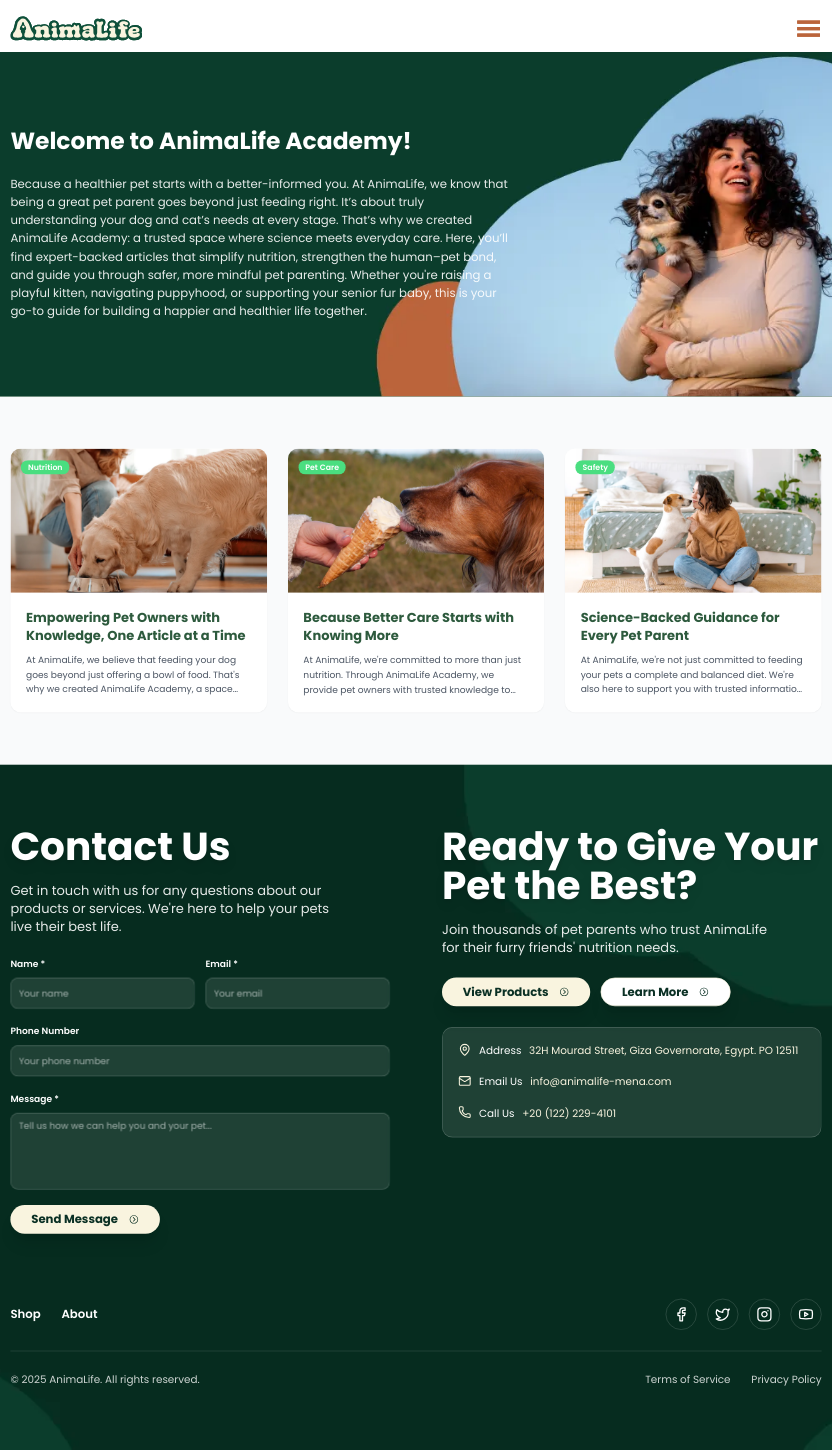
Repository: the-jupiteragency/animalife
Page: /academy
The author's editor kept a copy of each file at every save. The page is drawn from the files as they stood at one save, then again after the next save.
The browser window is 1280 px wide. The pictures show the whole page, at 65% of full size.
The project was rebuilt for these pictures with package versions that can differ from the ones it lists, and the page was loaded fresh each time. The framework's server and built-in components were replaced by stand-ins that run in the browser. Also part of the build but not shown: next.config.mjs.

Above is the page before, as saved 2025-08-10 17:12:05.

### app/layout.tsx
import type { Metadata, Viewport } from "next";
import "./globals.css";
import { Header } from "@/components/header";
import { Footer } from "@/components/footer";
import Script from "next/script";

export const metadata: Metadata = {
  metadataBase: new URL('https://animalife.vercel.app'),
  title: {
    default: "AnimaLife | Science-Driven Pet Nutrition & Wellness",
    template: "%s | AnimaLife"
  },
  description:
    "AnimaLife offers science-driven, complete, and balanced nutrition for pets. Discover products tailored to your pet's unique needs, expert advice, and a passionate community of animal lovers.",
  keywords: [
    "AnimaLife",
    "pet nutrition",
    "dog food",
    "cat food",
    "science-based pet care",
    "pet wellness",
    "healthy pets",
    "animal health",
    "pet products",
    "pet academy",
    "pet community",
    "premium pet food",
    "natural pet nutrition",
    "pet health supplements"
  ],
  authors: [{ name: "AnimaLife Team", url: "https://animalife.vercel.app" }],
  creator: "AnimaLife",
  publisher: "AnimaLife",
  formatDetection: {
    email: false,
    address: false,
    telephone: false,
  },
  category: 'Pet Care',
  classification: 'Pet Nutrition and Wellness',
  openGraph: {
    title: "AnimaLife | Science-Driven Pet Nutrition & Wellness",
    description:
      "AnimaLife offers science-driven, complete, and balanced nutrition for pets. Discover products tailored to your pet's unique needs, expert advice, and a passionate community of animal lovers.",
    url: "https://animalife.vercel.app",
    siteName: "AnimaLife",
    images: [
      {
        url: "/hero1.webp",
        width: 1200,
        height: 630,
        alt: "AnimaLife - Science-Driven Pet Nutrition",
      },
    ],
    locale: "en_US",
    type: "website",
  },
  twitter: {
    card: 'summary_large_image',
    title: 'AnimaLife | Science-Driven Pet Nutrition & Wellness',
    description: 'AnimaLife offers science-driven, complete, and balanced nutrition for pets. Discover products tailored to your pet\'s unique needs.',
    images: ['/hero1.webp'],
    creator: '@animalife',
    site: '@animalife'
  },
  robots: {
    index: true,
    follow: true,
    googleBot: {
      index: true,
      follow: true,
      'max-video-preview': -1,
      'max-image-preview': 'large',
      'max-snippet': -1,
    },
  },
  icons: {
    icon: [
      { url: '/favicon.ico' },
      { url: '/favicon.png', type: 'image/png' },
    ],
    shortcut: '/favicon.ico',
    apple: [
      { url: '/apple-touch-icon.png' },
      { url: '/apple-touch-icon-72x72.png', sizes: '72x72', type: 'image/png' },
      { url: '/apple-touch-icon-114x114.png', sizes: '114x114', type: 'image/png' },
    ],
  },
  manifest: '/site.webmanifest',
  alternates: {
    canonical: 'https://animalife.vercel.app',
  },
  verification: {
    google: 'your-google-verification-code',
    yandex: 'your-yandex-verification-code',
    yahoo: 'your-yahoo-verification-code',
  },
};

export const viewport: Viewport = {
  themeColor: "#1B4838",
};

const jsonLd = {
  '@context': 'https://schema.org',
  '@type': 'Organization',
  name: 'AnimaLife',
  url: 'https://animalife.vercel.app',
  logo: 'https://animalife.vercel.app/logo.svg',
  description: 'AnimaLife offers science-driven, complete, and balanced nutrition for pets.',
  contactPoint: {
    '@type': 'ContactPoint',
    contactType: 'Customer Service',
    availableLanguage: 'English'
  },
  sameAs: [
    'https://facebook.com/animalife',
    'https://twitter.com/animalife',
    'https://instagram.com/animalife'
  ],
  address: {
    '@type': 'PostalAddress',
    addressCountry: 'EG'
  }
};

export default function RootLayout({
  children,
}: Readonly<{
  children: React.ReactNode;
}>) {
  return (
    <html lang="en">
      <head>
        <link rel="preconnect" href="https://fonts.googleapis.com" />
        <link rel="preconnect" href="https://fonts.gstatic.com" crossOrigin="anonymous" />
        <link rel="dns-prefetch" href="https://fonts.googleapis.com" />
        <meta name="theme-color" content="#1B4838" />
        <meta name="msapplication-TileColor" content="#1B4838" />
        <meta name="apple-mobile-web-app-capable" content="yes" />
        <meta name="apple-mobile-web-app-status-bar-style" content="default" />
        <meta name="format-detection" content="telephone=no" />
        <Script
          id="json-ld"
          type="application/ld+json"
          dangerouslySetInnerHTML={{ __html: JSON.stringify(jsonLd) }}
        />
      </head>
      <body>
        <Header />
        {children}
        <Footer />
      </body>
    </html>
  );
}

### app/academy/page.tsx
"use client";

import { Card, CardContent } from "@/components/ui/card";
import { Badge } from "@/components/ui/badge";
import Image from "next/image";
import Link from "next/link";
import { Header } from "@/components/header";
import { AcademyPosts } from "@/app/data/academy-posts";

// Remove the hardcoded blogPosts array and use:
const blogPosts = AcademyPosts;

export default function AcademyPage() {
  return (
    <div className="min-h-screen bg-white">
      {/* Header */}
      <Header />
      {/* Add top padding to account for fixed header */}
      <div className="pt-20">
        {/* Hero Banner Section */}
        <section className="relative h-[530px] bg-[#2d5a3d] overflow-hidden">
          <div className="absolute inset-0">
            <Image
              src="/academy-banner.webp"
              alt="Academy Banner"
              fill
              className="object-cover w-full h-full"
              priority
            />
          </div>
          <div className="relative z-10 container mx-auto px-4 h-full flex items-center">
            <div className="max-w-3xl">
              <h1 className="text-4xl md:text-5xl lg:text-4xl font-bold text-white mb-8 leading-tight">
                Welcome to AnimaLife Academy!
              </h1>
              <p className="text-lg md:text-lg text-white/90 leading-relaxed">
                Because a healthier pet starts with a better-informed you. At
                AnimaLife, we know that being a great pet parent goes beyond
                just feeding right. It’s about truly understanding your dog and
                cat’s needs at every stage. That’s why we created AnimaLife
                Academy: a trusted space where science meets everyday care.
                Here, you’ll find expert-backed articles that simplify
                nutrition, strengthen the human–pet bond, and guide you through
                safer, more mindful pet parenting. Whether you're raising a
                playful kitten, navigating puppyhood, or supporting your senior
                fur baby, this is your go-to guide for building a happier and
                healthier life together.
              </p>
            </div>
          </div>
        </section>

        {/* Blog Posts Grid */}
        <section className="py-12 md:py-20 bg-gray-50">
          <div className="container mx-auto px-4">
            <div className="grid grid-cols-1 md:grid-cols-2 lg:grid-cols-3 gap-6 md:gap-8">
              {blogPosts.map((post) => (
                <Link key={post.id} href={`/academy/${post.id}`}>
                  <Card className="cursor-pointer transform transition-all duration-300 hover:scale-105 hover:shadow-xl bg-white border-0 rounded-2xl overflow-hidden group">
                    <CardContent className="p-0">
                      <div className="aspect-video relative overflow-hidden">
                        <Image
                          src={post.image || "/placeholder.svg"}
                          alt={post.title}
                          fill
                          className="object-cover w-full h-full group-hover:scale-105 transition-all duration-500"
                          sizes="(max-width: 768px) 100vw, (max-width: 1200px) 50vw, 33vw"
                        />
                        <div className="absolute top-4 left-4">
                          <Badge className="bg-[#4ade80] text-white hover:bg-[#22c55e] group-hover:scale-110 transition-transform duration-300">
                            {post.category}
                          </Badge>
                        </div>
                      </div>

                      <div className="p-4 md:p-6">
                        <h3 className="text-lg md:text-xl font-bold text-[#2d5a3d] mb-3 line-clamp-2 group-hover:text-[#1e3a2a] transition-colors duration-300">
                          {post.title}
                        </h3>
                        <p className="text-gray-600 text-sm leading-relaxed line-clamp-3 group-hover:text-gray-700 transition-colors duration-300">
                          {post.excerpt}
                        </p>
                      </div>
                    </CardContent>
                  </Card>
                </Link>
              ))}
            </div>
          </div>
        </section>
      </div>{" "}
      {/* Close pt-20 div */}
    </div>
  );
}

### components/ui/card.tsx
import * as React from "react"

import { cn } from "@/lib/utils"

const Card = React.forwardRef<
  HTMLDivElement,
  React.HTMLAttributes<HTMLDivElement>
>(({ className, ...props }, ref) => (
  <div
    ref={ref}
    className={cn(
      "rounded-lg border bg-card text-card-foreground shadow-sm",
      className
    )}
    {...props}
  />
))
Card.displayName = "Card"

const CardHeader = React.forwardRef<
  HTMLDivElement,
  React.HTMLAttributes<HTMLDivElement>
>(({ className, ...props }, ref) => (
  <div
    ref={ref}
    className={cn("flex flex-col space-y-1.5 p-6", className)}
    {...props}
  />
))
CardHeader.displayName = "CardHeader"

const CardTitle = React.forwardRef<
  HTMLDivElement,
  React.HTMLAttributes<HTMLDivElement>
>(({ className, ...props }, ref) => (
  <div
    ref={ref}
    className={cn(
      "text-2xl font-semibold leading-none tracking-tight",
      className
    )}
    {...props}
  />
))
CardTitle.displayName = "CardTitle"

const CardDescription = React.forwardRef<
  HTMLDivElement,
  React.HTMLAttributes<HTMLDivElement>
>(({ className, ...props }, ref) => (
  <div
    ref={ref}
    className={cn("text-sm text-muted-foreground", className)}
    {...props}
  />
))
CardDescription.displayName = "CardDescription"

const CardContent = React.forwardRef<
  HTMLDivElement,
  React.HTMLAttributes<HTMLDivElement>
>(({ className, ...props }, ref) => (
  <div ref={ref} className={cn("p-6 pt-0", className)} {...props} />
))
CardContent.displayName = "CardContent"

const CardFooter = React.forwardRef<
  HTMLDivElement,
  React.HTMLAttributes<HTMLDivElement>
>(({ className, ...props }, ref) => (
  <div
    ref={ref}
    className={cn("flex items-center p-6 pt-0", className)}
    {...props}
  />
))
CardFooter.displayName = "CardFooter"

export { Card, CardHeader, CardFooter, CardTitle, CardDescription, CardContent }

### components/ui/badge.tsx
import * as React from "react"
import { cva, type VariantProps } from "class-variance-authority"

import { cn } from "@/lib/utils"

const badgeVariants = cva(
  "inline-flex items-center rounded-full border px-2.5 py-0.5 text-xs font-semibold transition-colors focus:outline-none focus:ring-2 focus:ring-ring focus:ring-offset-2",
  {
    variants: {
      variant: {
        default:
          "border-transparent bg-primary text-primary-foreground hover:bg-primary/80",
        secondary:
          "border-transparent bg-secondary text-secondary-foreground hover:bg-secondary/80",
        destructive:
          "border-transparent bg-destructive text-destructive-foreground hover:bg-destructive/80",
        outline: "text-foreground",
      },
    },
    defaultVariants: {
      variant: "default",
    },
  }
)

export interface BadgeProps
  extends React.HTMLAttributes<HTMLDivElement>,
    VariantProps<typeof badgeVariants> {}

function Badge({ className, variant, ...props }: BadgeProps) {
  return (
    <div className={cn(badgeVariants({ variant }), className)} {...props} />
  )
}

export { Badge, badgeVariants }

### components/ui/button.tsx
import * as React from "react";
import { Slot } from "@radix-ui/react-slot";
import { cva, type VariantProps } from "class-variance-authority";

import { cn } from "@/lib/utils";

const buttonVariants = cva(
  "inline-flex items-center justify-center gap-2 whitespace-nowrap rounded-md text-sm font-medium ring-offset-background transition-colors focus-visible:outline-none focus-visible:ring-2 focus-visible:ring-ring focus-visible:ring-offset-2 disabled:pointer-events-none disabled:opacity-50 [&_svg]:pointer-events-none [&_svg]:size-4 [&_svg]:shrink-0",
  {
    variants: {
      variant: {
        default: "bg-primary text-primary-foreground hover:bg-primary/90",
        destructive:
          "bg-destructive text-destructive-foreground hover:bg-destructive/90",
        outline:
          "border border-input bg-background hover:bg-accent hover:text-accent-foreground",
        secondary:
          "bg-secondary text-secondary-foreground hover:bg-secondary/80",
        ghost: "hover:bg-accent hover:text-accent-foreground",
        link: "text-primary underline-offset-4 hover:underline",
        icon: "bg-transparent",
        hover:
          "bg-[#F9F4DF] text-[#0A3024] hover:bg-[#A7552E] hover:text-white",
      },
      size: {
        default: "h-10 px-4 py-2",
        sm: "h-9 rounded-md px-3",
        lg: "h-11 rounded-md px-8",
        icon: "h-10 w-10",
      },
    },
    defaultVariants: {
      variant: "default",
      size: "default",
    },
  }
);

export interface ButtonProps
  extends React.ButtonHTMLAttributes<HTMLButtonElement>,
    VariantProps<typeof buttonVariants> {
  asChild?: boolean;
}

const Button = React.forwardRef<HTMLButtonElement, ButtonProps>(
  ({ className, variant, size, asChild = false, ...props }, ref) => {
    const Comp = asChild ? Slot : "button";
    return (
      <Comp
        className={cn(buttonVariants({ variant, size, className }))}
        ref={ref}
        {...props}
      />
    );
  }
);
Button.displayName = "Button";

export { Button, buttonVariants };

### components/ui/input.tsx
import * as React from "react"

import { cn } from "@/lib/utils"

const Input = React.forwardRef<HTMLInputElement, React.ComponentProps<"input">>(
  ({ className, type, ...props }, ref) => {
    return (
      <input
        type={type}
        className={cn(
          "flex h-10 w-full rounded-md border border-input bg-background px-3 py-2 text-base ring-offset-background file:border-0 file:bg-transparent file:text-sm file:font-medium file:text-foreground placeholder:text-muted-foreground focus-visible:outline-none focus-visible:ring-2 focus-visible:ring-ring focus-visible:ring-offset-2 disabled:cursor-not-allowed disabled:opacity-50 md:text-sm",
          className
        )}
        ref={ref}
        {...props}
      />
    )
  }
)
Input.displayName = "Input"

export { Input }

### tailwind.config.ts
import type { Config } from "tailwindcss";

const config: Config = {
  darkMode: ["class"],
  content: [
    "./pages/**/*.{js,ts,jsx,tsx,mdx}",
    "./components/**/*.{js,ts,jsx,tsx,mdx}",
    "./app/**/*.{js,ts,jsx,tsx,mdx}",
    "*.{js,ts,jsx,tsx,mdx}",
  ],
  theme: {
    extend: {
      colors: {
        background: "hsl(var(--background))",
        foreground: "hsl(var(--foreground))",
        card: {
          DEFAULT: "hsl(var(--card))",
          foreground: "hsl(var(--card-foreground))",
        },
        popover: {
          DEFAULT: "hsl(var(--popover))",
          foreground: "hsl(var(--popover-foreground))",
        },
        primary: {
          DEFAULT: "hsl(var(--primary))",
          foreground: "hsl(var(--primary-foreground))",
        },
        secondary: {
          DEFAULT: "hsl(var(--secondary))",
          foreground: "hsl(var(--secondary-foreground))",
        },
        muted: {
          DEFAULT: "hsl(var(--muted))",
          foreground: "hsl(var(--muted-foreground))",
        },
        accent: {
          DEFAULT: "hsl(var(--accent))",
          foreground: "hsl(var(--accent-foreground))",
        },
        destructive: {
          DEFAULT: "hsl(var(--destructive))",
          foreground: "hsl(var(--destructive-foreground))",
        },
        border: "hsl(var(--border))",
        input: "hsl(var(--input))",
        ring: "hsl(var(--ring))",
        chart: {
          "1": "hsl(var(--chart-1))",
          "2": "hsl(var(--chart-2))",
          "3": "hsl(var(--chart-3))",
          "4": "hsl(var(--chart-4))",
          "5": "hsl(var(--chart-5))",
        },
        sidebar: {
          DEFAULT: "hsl(var(--sidebar-background))",
          foreground: "hsl(var(--sidebar-foreground))",
          primary: "hsl(var(--sidebar-primary))",
          "primary-foreground": "hsl(var(--sidebar-primary-foreground))",
          accent: "hsl(var(--sidebar-accent))",
          "accent-foreground": "hsl(var(--sidebar-accent-foreground))",
          border: "hsl(var(--sidebar-border))",
          ring: "hsl(var(--sidebar-ring))",
        },
      },
      borderRadius: {
        lg: "var(--radius)",
        md: "calc(var(--radius) - 2px)",
        sm: "calc(var(--radius) - 4px)",
      },
      fontFamily: {
        sans: [
          'Poppins',
          '-apple-system',
          'BlinkMacSystemFont',
          'Segoe UI',
          'Roboto',
          'Oxygen',
          'Ubuntu',
          'Cantarell',
          'Fira Sans',
          'Droid Sans',
          'Helvetica Neue',
          'sans-serif'
        ],
        headline: [
          'Co Headline',
          'Poppins',
          '-apple-system',
          'BlinkMacSystemFont',
          'Segoe UI',
          'sans-serif'
        ],
      },
      keyframes: {
        "accordion-down": {
          from: {
            height: "0",
          },
          to: {
            height: "var(--radix-accordion-content-height)",
          },
        },
        "accordion-up": {
          from: {
            height: "var(--radix-accordion-content-height)",
          },
          to: {
            height: "0",
          },
        },
      },
      animation: {
        "accordion-down": "accordion-down 0.2s ease-out",
        "accordion-up": "accordion-up 0.2s ease-out",
      },
    },
  },
  plugins: [require("tailwindcss-animate")],
};
export default config;

Loaded but not shown: components/ui/textarea.tsx (common file); lib/utils.ts (common file); components/footer.tsx (439 lines, source omitted); app/data/academy-posts.ts (242 lines, source omitted); app/globals.css (185 lines, source omitted); components/header.tsx (108 lines, source omitted)

After the next save:
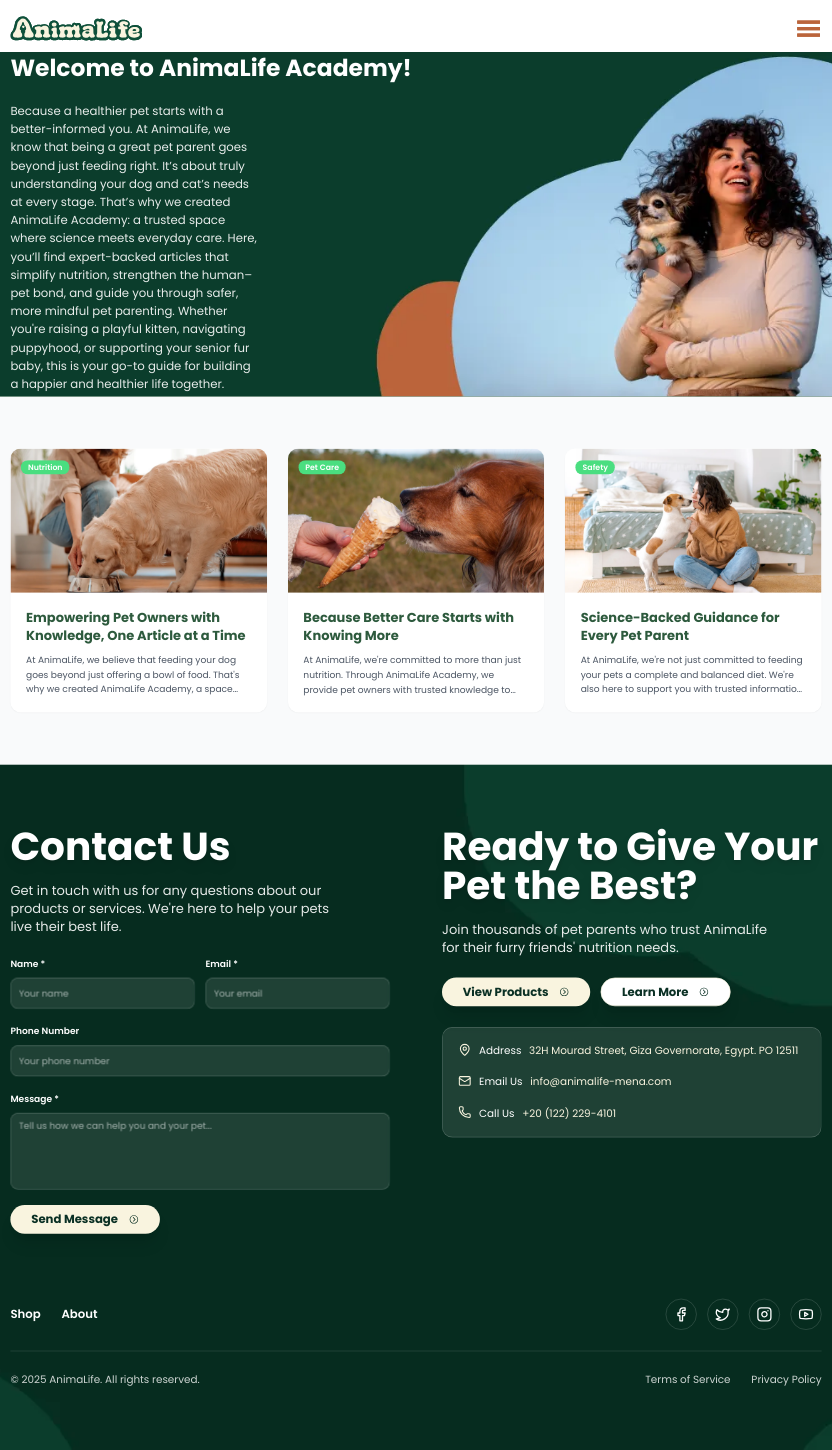
Saved 24 min 29 s later.
--- a/app/academy/page.tsx
+++ b/app/academy/page.tsx
@@ -33,7 +33,7 @@
               <h1 className="text-4xl md:text-5xl lg:text-4xl font-bold text-white mb-8 leading-tight">
                 Welcome to AnimaLife Academy!
               </h1>
-              <p className="text-lg md:text-lg text-white/90 leading-relaxed">
+              <p className="w-1/2 text-lg md:text-lg text-white/90 leading-relaxed">
                 Because a healthier pet starts with a better-informed you. At
                 AnimaLife, we know that being a great pet parent goes beyond
                 just feeding right. It’s about truly understanding your dog and
@@ -55,7 +55,7 @@
           <div className="container mx-auto px-4">
             <div className="grid grid-cols-1 md:grid-cols-2 lg:grid-cols-3 gap-6 md:gap-8">
               {blogPosts.map((post) => (
-                <Link key={post.id} href={`/academy/${post.id}`}>
+                <Link key={post.id} href={`/academy/${post.slug}`}>
                   <Card className="cursor-pointer transform transition-all duration-300 hover:scale-105 hover:shadow-xl bg-white border-0 rounded-2xl overflow-hidden group">
                     <CardContent className="p-0">
                       <div className="aspect-video relative overflow-hidden">
